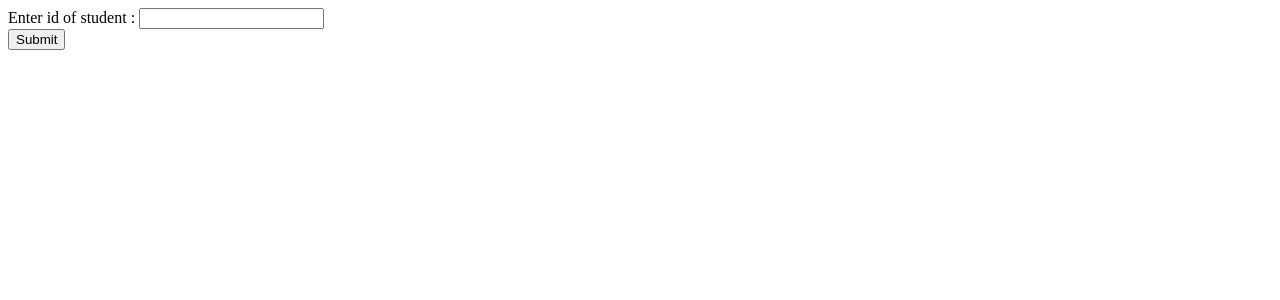
Repository: Attishgawali/JavaServletAndJSP
Page: DemoApp/src/main/webapp/index.html
These files come from the project's save history. The page is drawn as it stood at one moment and after the next save; the edit follows.
The browser window is 1280 px wide. The pictures show the whole page.

Above is the page before, as saved 2023-07-01 16:01:24.

After the next save:
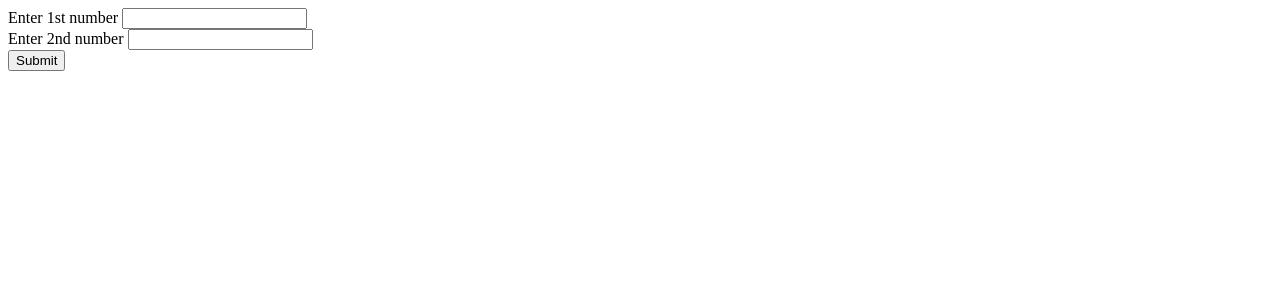
Saved 2 min 55 s later.
--- a/DemoApp/src/main/webapp/index.html
+++ b/DemoApp/src/main/webapp/index.html
@@ -6,7 +6,9 @@
 </head>
 <body>
 	<form action= "add">
-		Enter id of student : <input type="text" name="id"><br>
+		<!-- Enter id of student : <input type="text" name="id"><br> -->
+		 Enter 1st number <input type="text" name="t1"><br>
+		 Enter 2nd number <input type="text" name="t2"><br>
 		<input type="submit">
 	</form>
 </body>
